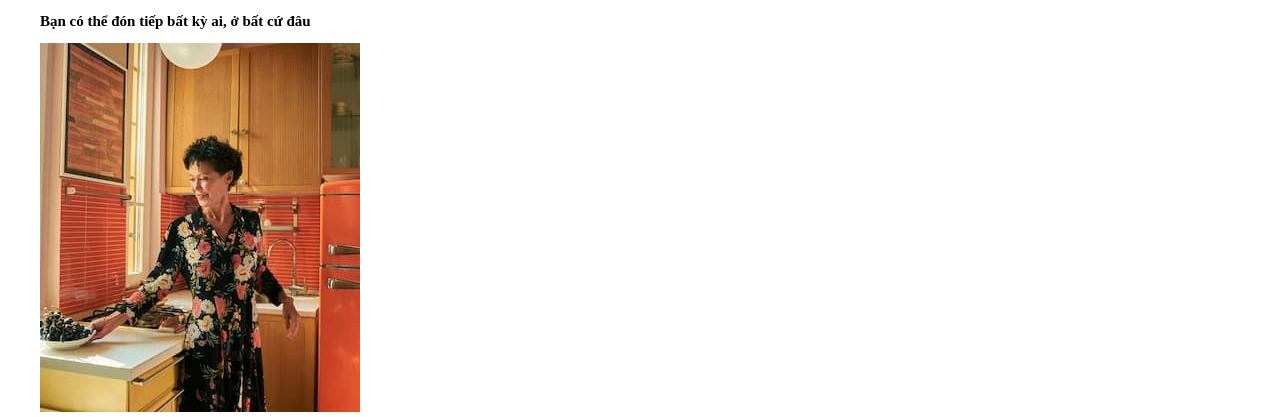
Repository: HoanTiny/AirbnbClone
Page: page3.html
These files come from the project's save history. The page is drawn as it stood at one moment and after the next save; the edit follows.
The browser window is 1280 px wide. The pictures show the part of the page from y = 720 to 1172 px (the page is 1137 px tall before and 1172 px after).

Above is the page before, as saved 2021-09-13 09:40:25.

After the next save:
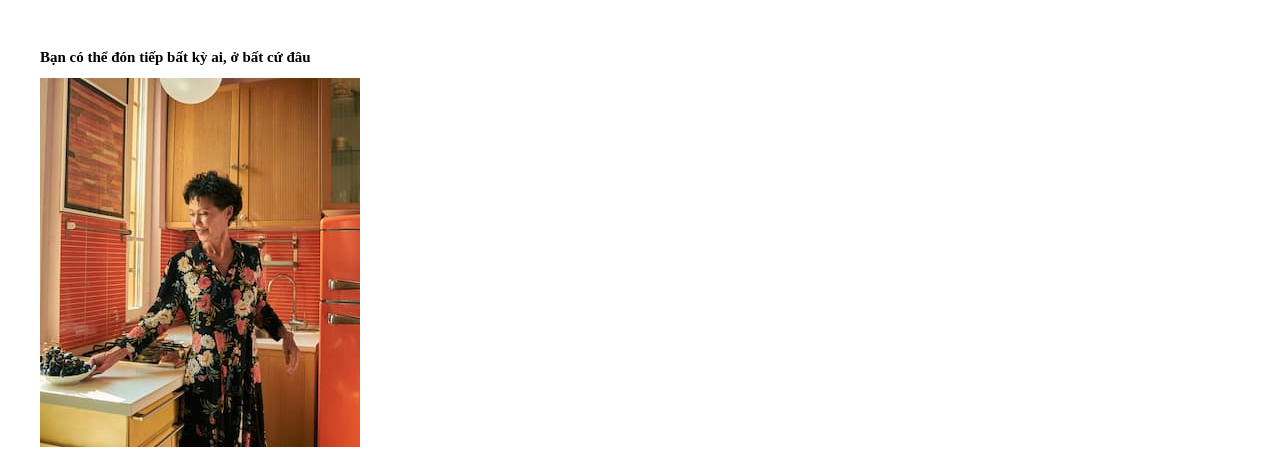
Saved 47 s later.
--- a/acess/css/mainpage3.css
+++ b/acess/css/mainpage3.css
@@ -74,3 +74,7 @@ body {
     width: 100%;
     height: 100%;
 }
+
+.content__heading-top {
+    margin-top: 48px;
+}
